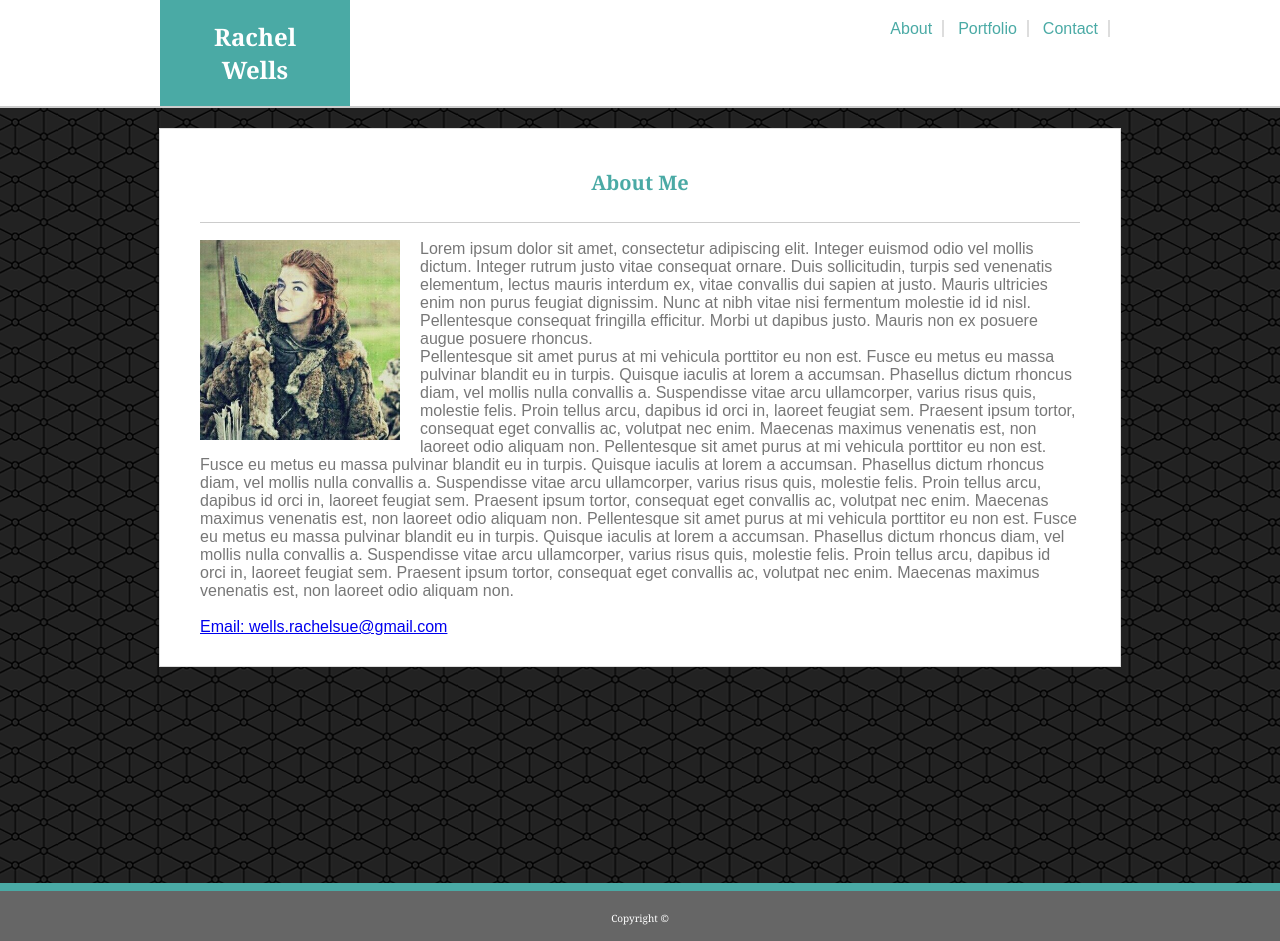
Repository: rachelsue/Responsive-Portfolio
Page: index.html
These files come from the project's save history. The page is drawn as it stood at one moment and after a run of saves; the edit follows.
The browser window is 1280 px wide. The pictures show the whole page.

Above is the page before, as saved 2018-12-10 21:20:21.

### index.html
<!DOCTYPE html>
<html lang="en">

<head>
    <meta charset="UTF-8">
    <meta name="viewport" content="width=device-width, initial-scale=1.0">
    <meta http-equiv="X-UA-Compatible" content="ie=edge">
    <meta name="viewport" content="width=device-width, initial-scale=1.0">
    <link rel="stylesheet" href="../Responsive-Portfolio/assets/css/style.css">
    <title>Bio</title>
</head>

<body>
    <!-- Name & Navigation -->
    <header>
        <section class="top cf">
            <div class="name">
                <h1 class="Rachel">Rachel Wells</h1>
            </div>

            <nav class="nav">
                <ul>
                    <li class="nav-li"><a href="index.html">About</a></li>
                    <li class="nav-li"><a href="portfolio.html">Portfolio</a></li>
                    <li class="nav-li"><a href="contact.html">Contact</a></li>
                </ul>
            </nav>
        </section>
    </header>

    <section class="background">
        <div class="container">
            <div class="content">

                <!-- Bio -->
                <h2>About Me</h2>
                <hr>

                <img class="bio-pic" src="/Users/rachelwells/Desktop/code/hw/Basic-Portfolio/assets/images/me.jpg">

                <div class="bio">
                    <p>Lorem ipsum dolor sit amet, consectetur adipiscing elit. Integer euismod odio vel mollis dictum.
                        Integer rutrum justo vitae consequat ornare. Duis sollicitudin, turpis sed venenatis elementum,
                        lectus mauris interdum ex, vitae convallis dui sapien at justo. Mauris ultricies enim non purus
                        feugiat dignissim. Nunc at nibh vitae nisi fermentum molestie id id nisl. Pellentesque
                        consequat fringilla efficitur. Morbi ut dapibus justo. Mauris non ex posuere augue posuere
                        rhoncus.
                    </p>
                    <p>Pellentesque sit amet purus at mi vehicula porttitor eu non est. Fusce eu metus eu massa
                        pulvinar blandit eu in turpis. Quisque iaculis at lorem a accumsan. Phasellus dictum rhoncus
                        diam, vel mollis nulla convallis a. Suspendisse vitae arcu ullamcorper, varius risus quis,
                        molestie felis. Proin tellus arcu, dapibus id orci in, laoreet feugiat sem. Praesent ipsum
                        tortor, consequat eget convallis ac, volutpat nec enim. Maecenas maximus venenatis est, non
                        laoreet odio aliquam non. Pellentesque sit amet purus at mi vehicula porttitor eu non est.
                        Fusce eu metus eu massa
                        pulvinar blandit eu in turpis. Quisque iaculis at lorem a accumsan. Phasellus dictum rhoncus
                        diam, vel mollis nulla convallis a. Suspendisse vitae arcu ullamcorper, varius risus quis,
                        molestie felis. Proin tellus arcu, dapibus id orci in, laoreet feugiat sem. Praesent ipsum
                        tortor, consequat eget convallis ac, volutpat nec enim. Maecenas maximus venenatis est, non
                        laoreet odio aliquam non. Pellentesque sit amet purus at mi vehicula porttitor eu non est.
                        Fusce eu metus eu massa
                        pulvinar blandit eu in turpis. Quisque iaculis at lorem a accumsan. Phasellus dictum rhoncus
                        diam, vel mollis nulla convallis a. Suspendisse vitae arcu ullamcorper, varius risus quis,
                        molestie felis. Proin tellus arcu, dapibus id orci in, laoreet feugiat sem. Praesent ipsum
                        tortor, consequat eget convallis ac, volutpat nec enim. Maecenas maximus venenatis est, non
                        laoreet odio aliquam non.
                        <br><br>
                        <a href="mailto:wells.rachelsue@gmail.com">Email: wells.rachelsue@gmail.com</a>
                    </p>
                </div>
            </div>
        </div>
    </section>

    <!-- Footer -->
    <footer class="footer">
        <p class="copyright">Copyright ©</p>
    </footer>
</body>

</html>

### assets/css/style.css
html, body, div, span, applet, object, iframe,
h1, h2, h3, h4, h5, h6, p, blockquote, pre,
a, abbr, acronym, address, big, cite, code,
del, dfn, em, img, ins, kbd, q, s, samp,
small, strike, strong, sub, sup, tt, var,
b, u, i, center,
dl, dt, dd, ol, ul, li,
fieldset, form, label, legend,
table, caption, tbody, tfoot, thead, tr, th, td,
article, aside, canvas, details, embed,
figure, figcaption, footer, header, hgroup,
menu, nav, output, ruby, section, summary,
time, mark, audio, video {
	margin: 0;
	padding: 0;
	border: 0;
	font-size: 100%;
	font: inherit;
	vertical-align: baseline;
}

header {
    color: #ffffff;
    width:100%;
    margin: 0 auto;
    border-bottom: solid #ccc 2px;
}

html, body {
    height:100%;
    margin:0; /*used for sticky footer*/
}

.background {
    background-image: url(../images/connectwork.png);
    padding: 20px 0 85px;
    margin: 0 auto -50px; /*stick footer*/
    min-height:100%; /*stick footer*/
}

.content {
    padding: 30px 40px 30px 40px;
}

        /*Headers*/

h1 {
    font-size: 24px;
    font-weight: bolder;
    font-family: Georgia, 'Times New Roman', Times, serif;
}

h2 {
    color:#4aaaa5;
    font-weight:bold;
    font-family:Georgia, 'Times New Roman', Times, serif;
    font-size:20px;
    padding:10px;
    text-align: center;
}

        /*Line*/

hr {
    display: block;
    height: 1px;
    border: 0;
    border-top: 1px solid #ccc;
    margin: 1em 0;
    padding: 0;
}

        /*Name*/

.top {
    max-width:960px;
    margin: 0 auto;
}

.name {
    float: left;
}

.Rachel {
    background-color: #4aaaa5;
    padding: 20px;
    color: white;
    width: 150px;
    text-align: center;
    font-family:Georgia, 'Times New Roman', Times, serif;
}

        /*Navigation*/

.nav {
    float: right;
}

nav a {
text-decoration: none;
color: #4aaaa5;
}

.nav-li {
    font-family: Arial, 'Helvetica Neue', Helvetica, sans-serif;
    display: inline;
    margin-right: 10px;
    padding-right: 10px;
    border-right: solid #dddddd 2px;
    position:relative;
    top: 20px;
}

        /*Bio Content*/

.container {
    max-width:960px;
    margin: 0px auto;
    background-color: white;
    border: solid #ddd 1px;
}

.bio-pic {
    float:left;
    width:200px;
    height: 200px;
    margin-right:20px;
    padding-bottom: 10px;
}

p {
    font-family: Arial, Helvetica, sans-serif;
    color: #777777;
}

        /*Footer & Clear*/

.footer {
    width:100%;
    text-align:center;
    background-color: #666;
    border-top: solid #4aaaa5 8px;
    bottom: 0px;
    clear:both;
    height: 50px;
}

.copyright {
    font-size: 10px;
    color:white;
    font-family: Georgia, 'Times New Roman', Times, serif;
    position:relative;
    padding-top:20px;
}

    /*Contact Styling*/

.input {
    padding: 5px 0px 5px;
    width:100%;
    font-family: Arial, 'Helvetica Neue', Helvetica, sans-serif;
    font-size: 12px;
    text-indent: 5px;
    resize:vertical;
}

textarea {
    height: 150px;
    width: 100%;
    border-color: #ddd;
}

.submit {
    font-family: Arial, 'Helvetica Neue', Helvetica, sans-serif;
    background-color: #4aaaa5;
    color: #fff;
    border: solid none 1px;
    margin-top: 10px;
    padding: 10px 25px 10px;
    font-size: 16px;
}

label {
    font-size: 16px;
    display:block;
    font-family: Arial, 'Helvetica Neue', Helvetica, sans-serif;
    padding: 10px 0 5px;
}

    /* Portfolio Styling*/

.cap {
    padding: 20px 70px 20px;
    font-family: Arial, 'Helvetica Neue', Helvetica, sans-serif;
    font-size: 16px;
    background-color: #4aaaa5;
    width: 140px;
    color:#fff;
    text-align: center;
    white-space: nowrap;
    position: absolute;
    bottom:45px;
}

.portfolio {
    padding: 20px 35px 20px 0px;
    max-width: 280px;
    margin-right:0;
    display: inline-block;
    position:relative;
}

img {
    width:280px;
    height:200px;
}



@media only screen and (min-width: 769) and (max-width: 980px) {
    .top {
        width:80%;
    }
}

@media only screen and (min-width: 641) and (max-width: 768px) {
    .top {
        width: 100%;
    }

    .container {
        width: 100%;
    }

}

@media only screen and (max-width: 640px) {

    header{
     position: static;
    }

    .top {
        width:100%;
        height:130px;
    }

    .container {
        width: 80%;
        position: relative;
        right:0;
    }

    .bio-pic {
        margin-left:15%;
        margin-right:5%;
        width:70%;
    }

    p {
        text-align: center;
    }

    .name {float:none;}

    .Rachel {width:100%;
    padding-right:50px;
    padding-left:5px;
    }

   .nav {

        width:100%;
    }

    .nav-li {

    margin-left:13%;
    padding-right:2%;
    }
}

.cf {
    clear:both;
    overflow:auto;
}

After the next 2 saves:
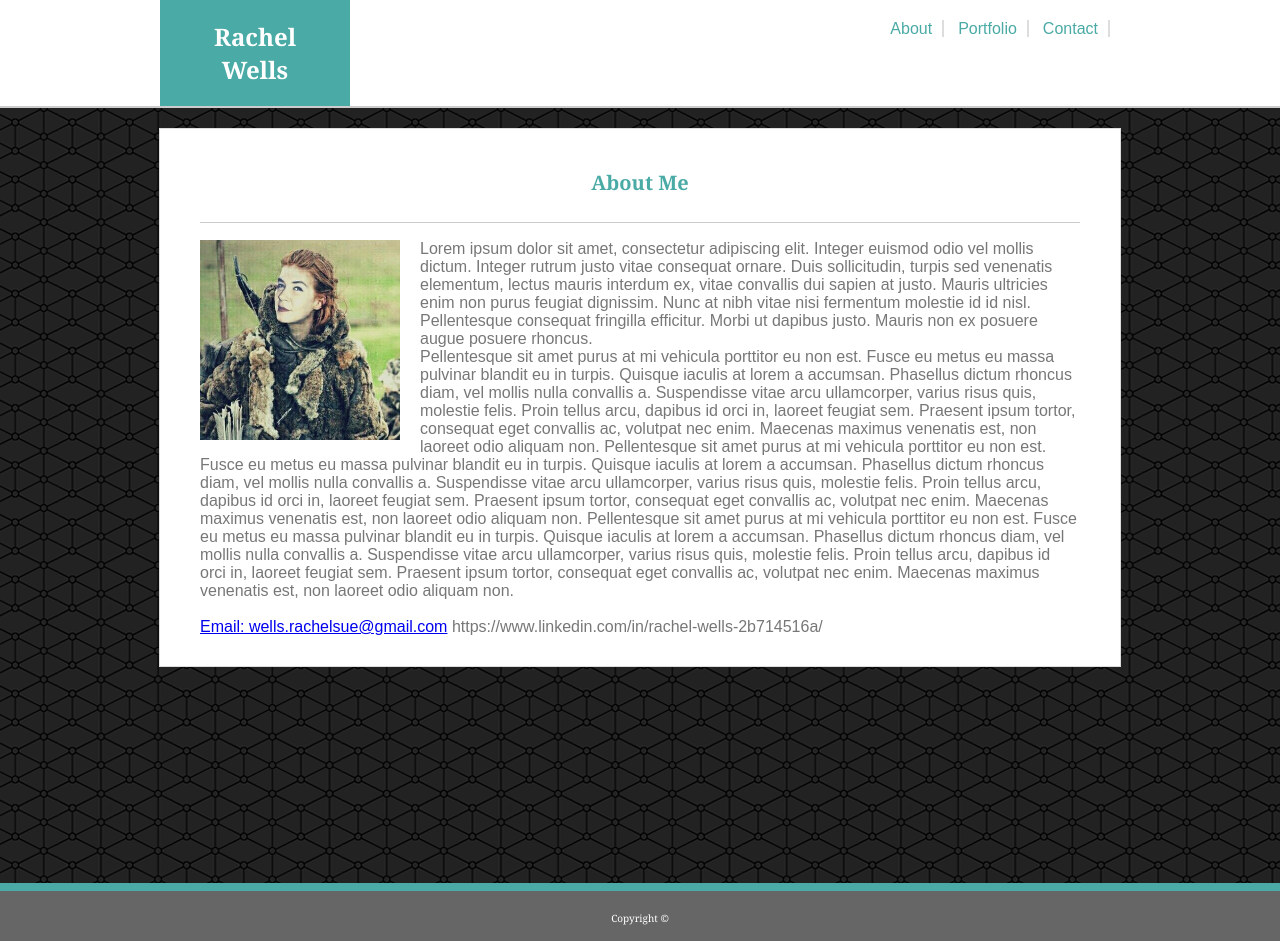
The 2 saves are shown as one change because they came seconds apart.
The last was saved 77 s later.
--- a/index.html
+++ b/index.html
@@ -66,6 +66,7 @@
                         laoreet odio aliquam non.
                         <br><br>
                         <a href="mailto:wells.rachelsue@gmail.com">Email: wells.rachelsue@gmail.com</a>
+                        https://www.linkedin.com/in/rachel-wells-2b714516a/
                     </p>
                 </div>
             </div>

After the 6 saves that followed:
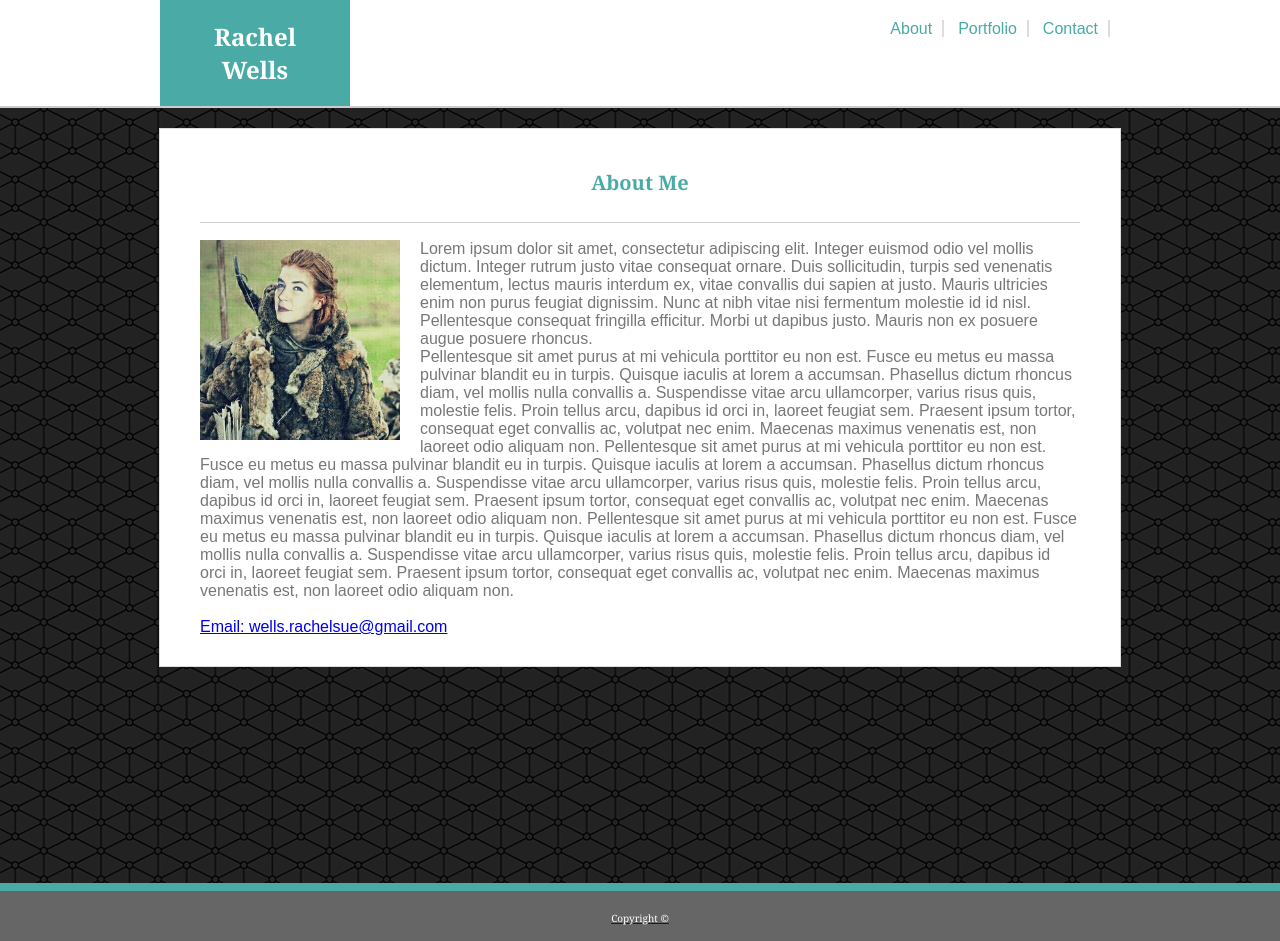
The 6 saves are shown as one change because they came seconds apart.
The last was saved 15 s later.
--- a/index.html
+++ b/index.html
@@ -66,7 +66,7 @@
                         laoreet odio aliquam non.
                         <br><br>
                         <a href="mailto:wells.rachelsue@gmail.com">Email: wells.rachelsue@gmail.com</a>
-                        https://www.linkedin.com/in/rachel-wells-2b714516a/
+                        <a href="https://www.linkedin.com/in/rachel-wells-2b714516"a/
                     </p>
                 </div>
             </div>
